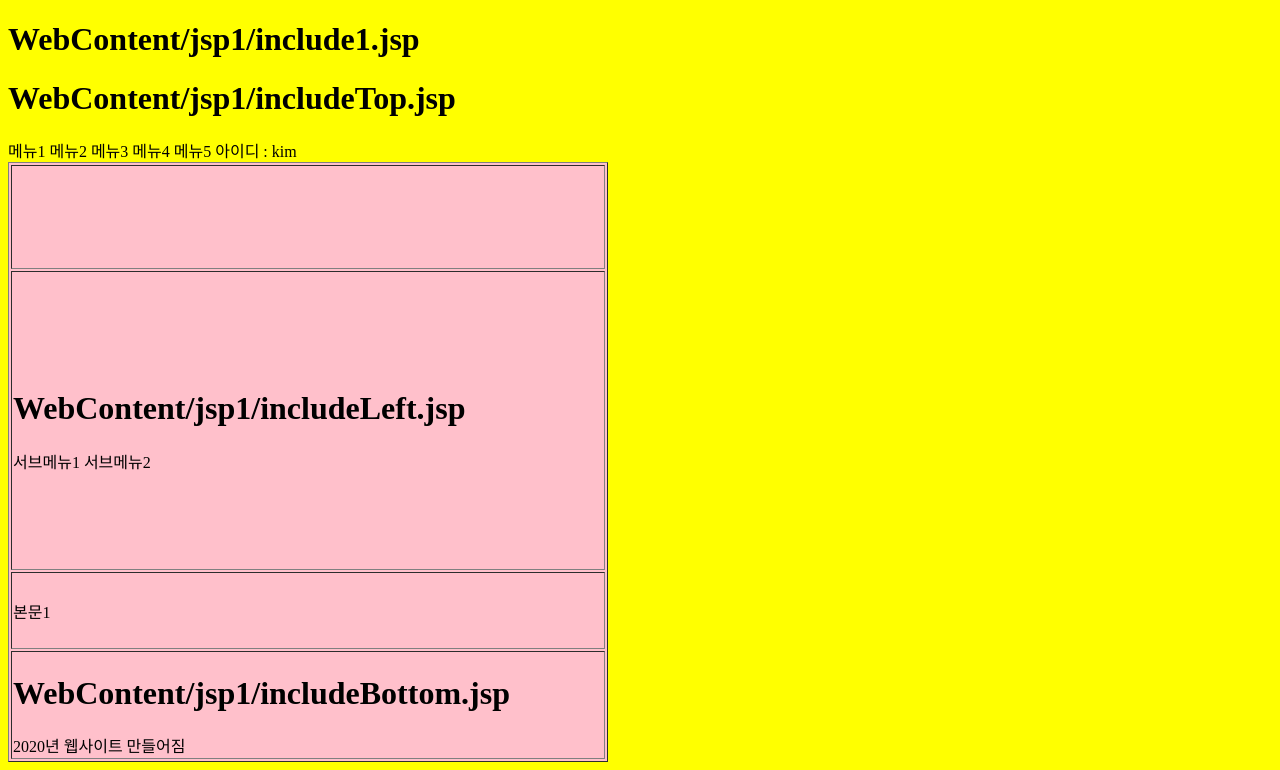
Repository: ReadStar/workspace_jsp
Page: http://localhost/StudyJSP/jsp1/include1.jsp
An editor plug-in stored every save of this project. The page is shown before and after a run of saves, followed by the edit.
The browser window is 1280 px wide. The pictures show the whole page.
The page is served by Tomcat 9.

Above is the page before, as saved 2020-08-13 03:22:56.

After the next 2 saves:
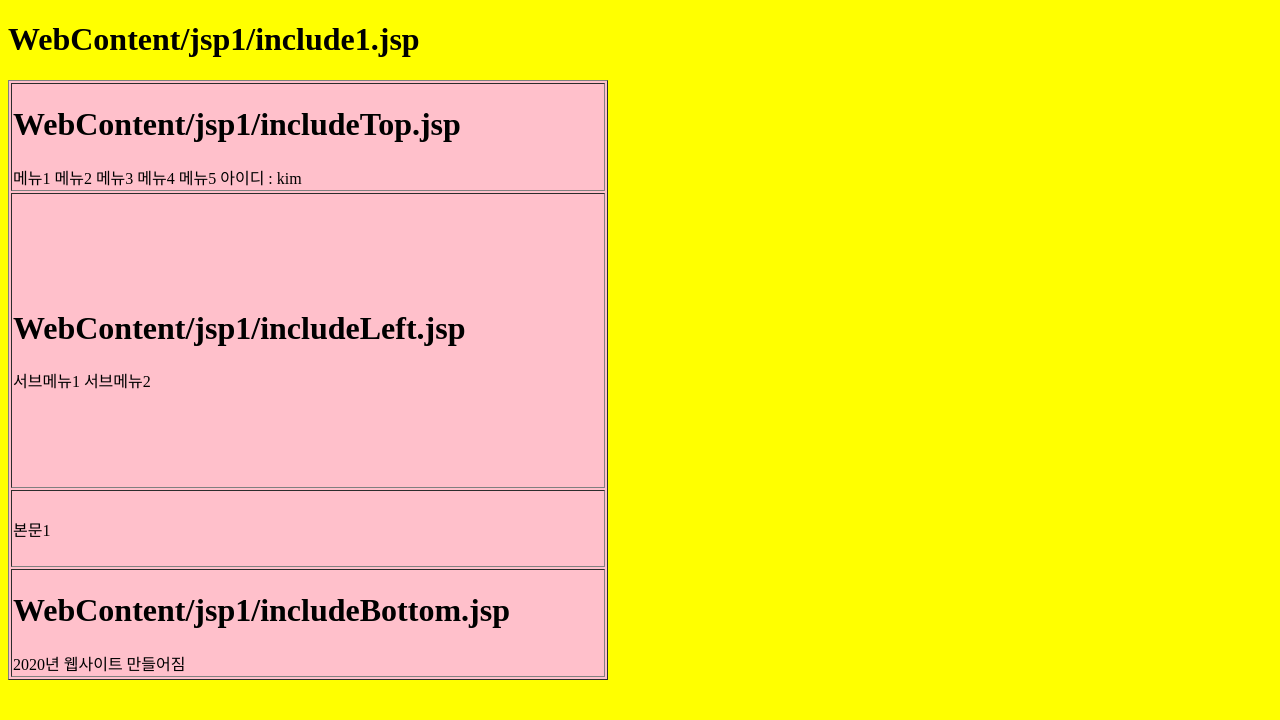
The 2 saves are shown as one change because they came seconds apart.
The last was saved 21 s later.
--- a/StudyJSP/WebContent/jsp1/include1.jsp
+++ b/StudyJSP/WebContent/jsp1/include1.jsp
@@ -10,9 +10,9 @@
 <body bgcolor="<%=color1%>">
 <h1>WebContent/jsp1/include1.jsp</h1>
 <table border="1" width="600" height="600" bgcolor="<%=color2%>">
-<tr><td colspan="2" width="600" height="100"></td>
+<tr><td colspan="2" width="600" height="100">
 <jsp:include page="includeTop.jsp"><jsp:param value="kim" name="id"/>
-</jsp:include></tr>
+</jsp:include></td>
 <tr><td width="100" heigt="400"><jsp:include page="includeLeft.jsp"/></td></tr>
 				<td>본문1</td>
 <tr><td colspan="2" width="600" height="100"><jsp:include page="includeBottom.jsp"/></td></tr>
